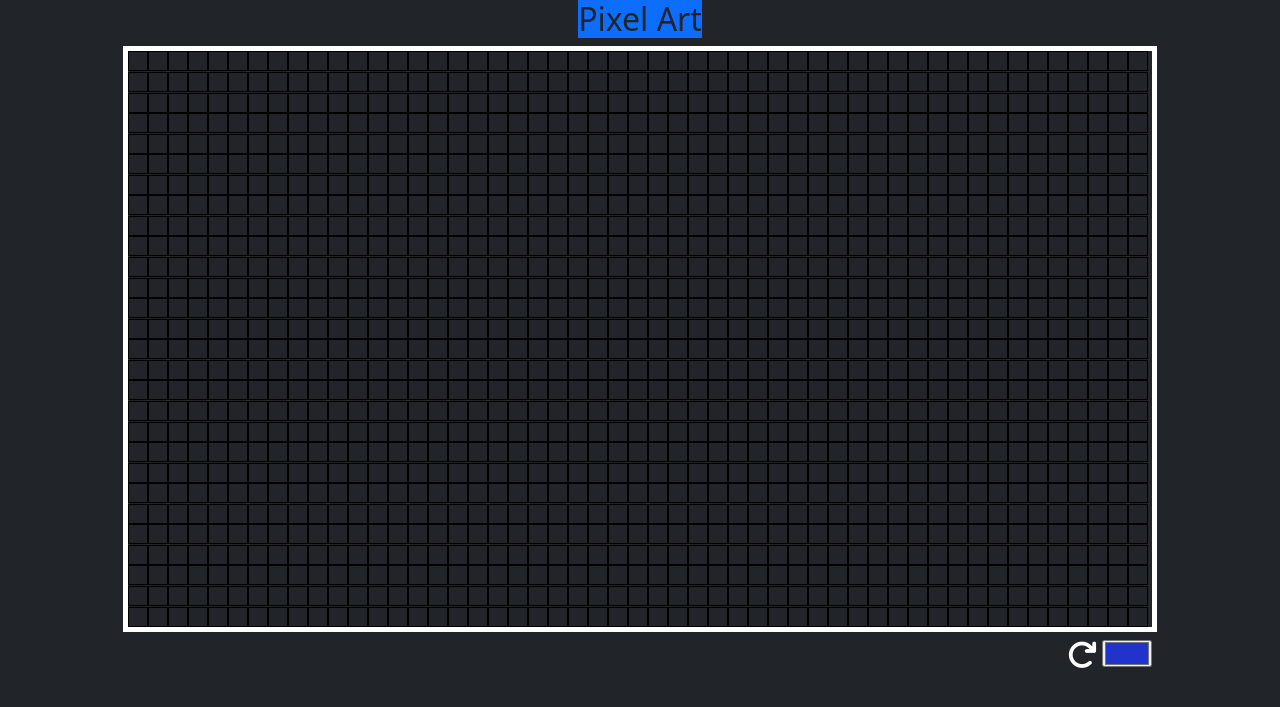
Repository: bechara611/pixelartdb
Page: /
An editor plug-in stored every save of this project. The page is shown before and after the next save, followed by the edit.
The browser window is 1280 px wide. The pictures show the whole page.
Some web libraries are served in a nearby version. The project was rebuilt for these pictures with package versions that can differ from the ones it lists, and the page was loaded fresh each time. Also part of the build but not shown: vite.config.js.

Above is the page before, as saved 2023-03-07 14:39:29.

After the next save:
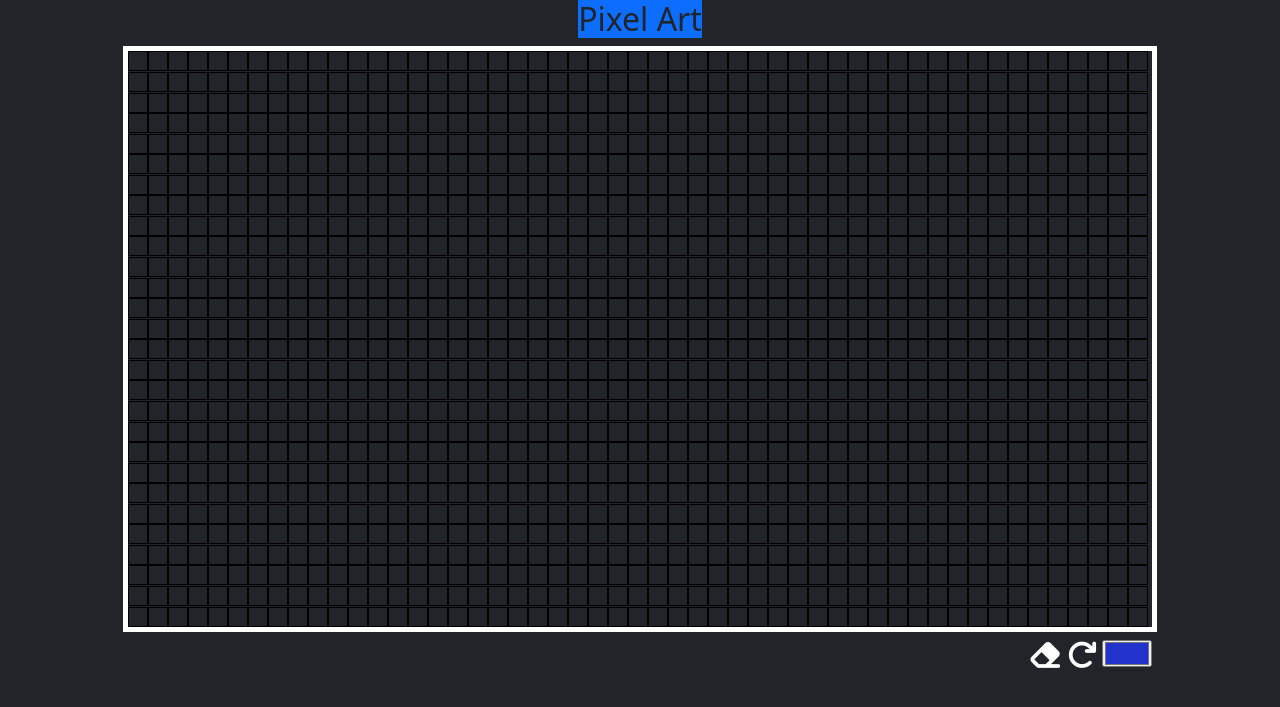
Saved 40 s later.
--- a/src/App.jsx
+++ b/src/App.jsx
@@ -90,6 +90,7 @@ const App = () => {
         </div>
         <div className="col-12 contenedor-05  ">
           <div className="derecha mt-2">
+          <i className="fa-solid fa-eraser icono"></i>
             <i className="fa-solid fa-arrow-rotate-right  icono" onClick={()=>{onReset()}}></i>
             <input type="color" className='selector' value={colorActual} onChange={(e) => { setcolorActual(e.target.value) }} />
           </div>
